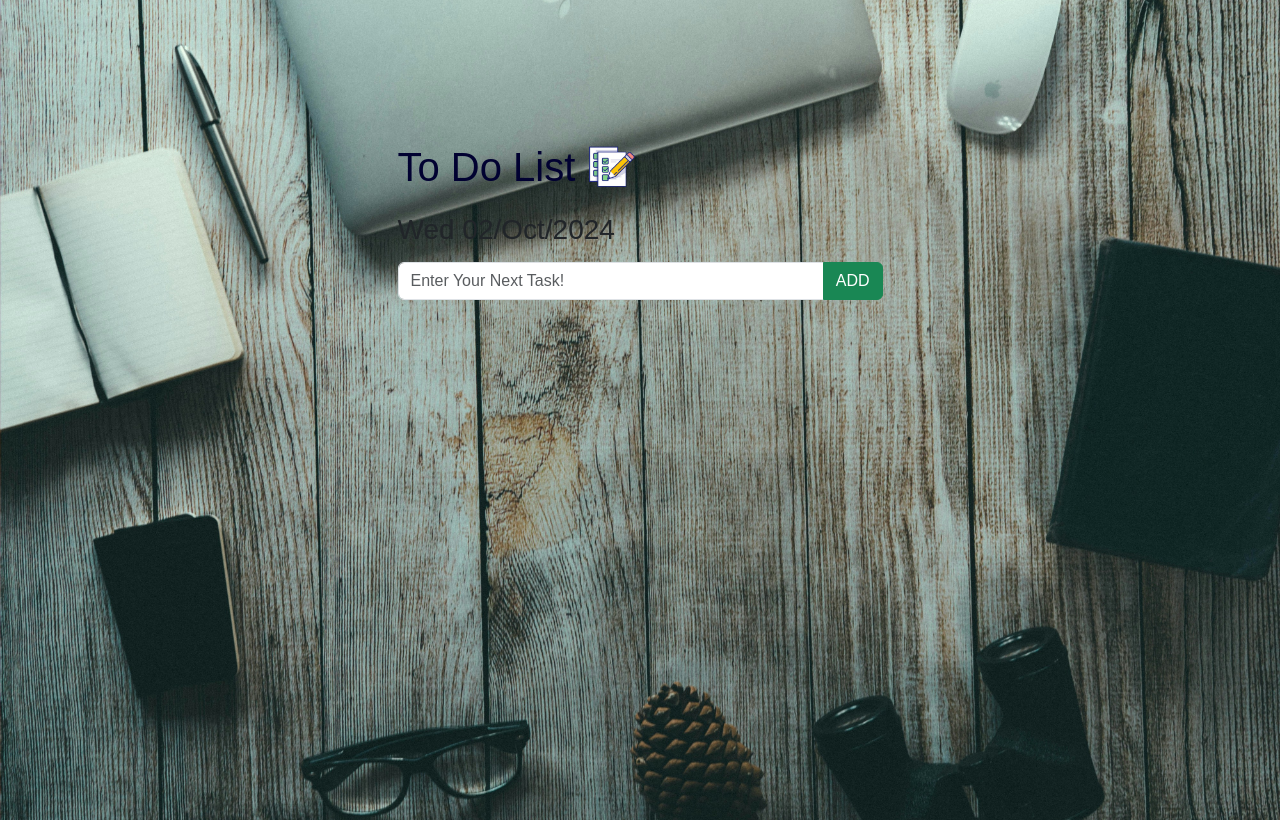
Repository: zeinawady/To_Do_List
Page: index.html
An editor plug-in stored every save of this project. The page is shown before and after a run of saves, followed by the edit.
The browser window is 1280 px wide. The pictures show the whole page.
Some web libraries are served in a nearby version.

Above is the page before, as saved 2024-10-02 02:46:09.

After the next 3 saves:
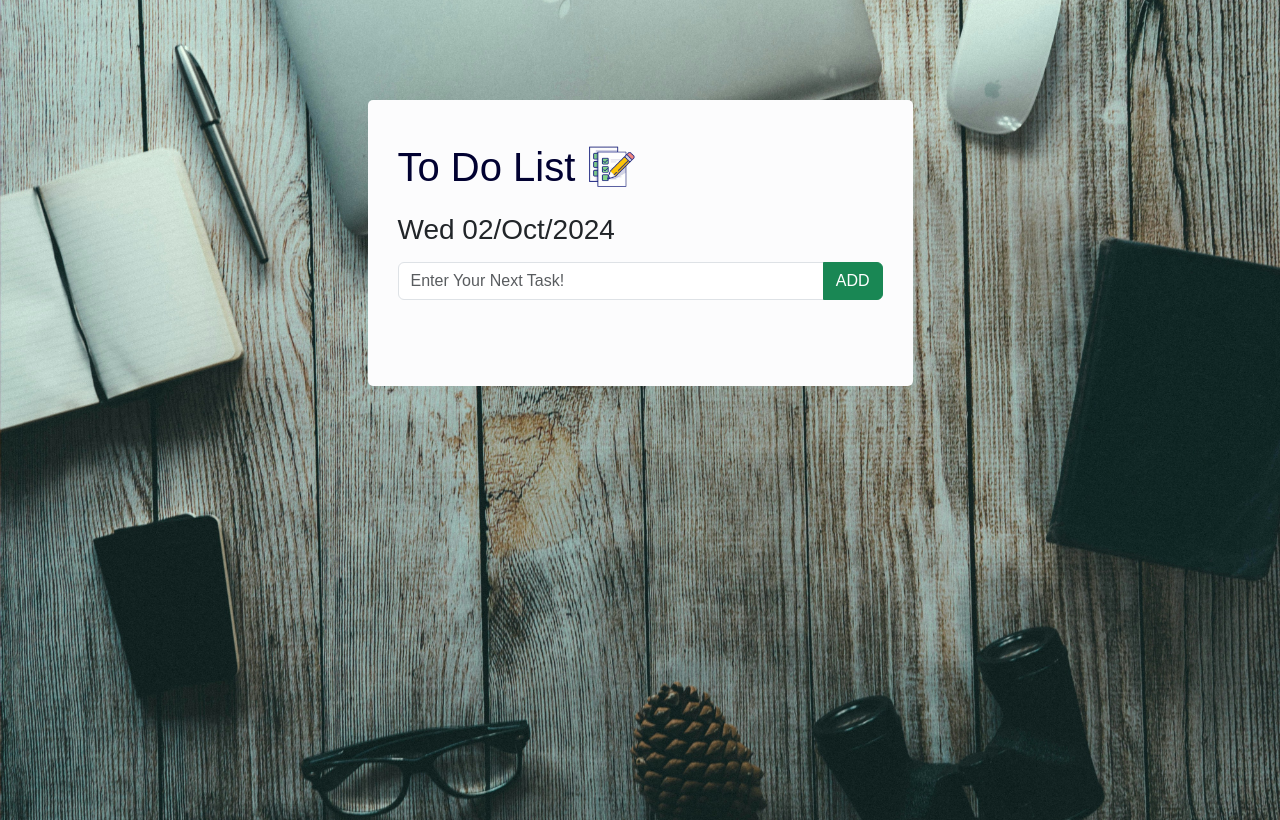
The 3 saves are shown as one change because they came seconds apart.
The last was saved 28 s later.
--- a/index.html
+++ b/index.html
@@ -13,7 +13,7 @@
 <body>
 
     <div class="container">
-        <div class="todo-app bg-">
+        <div class="todo-app bg-light-subtle ">
             <h1>To Do List <img src="images/todolistpng.png" alt="to-do-list" class="logo"></h1>
            <h3 id="date"></h3>
             <div class="input-group mb-3">
